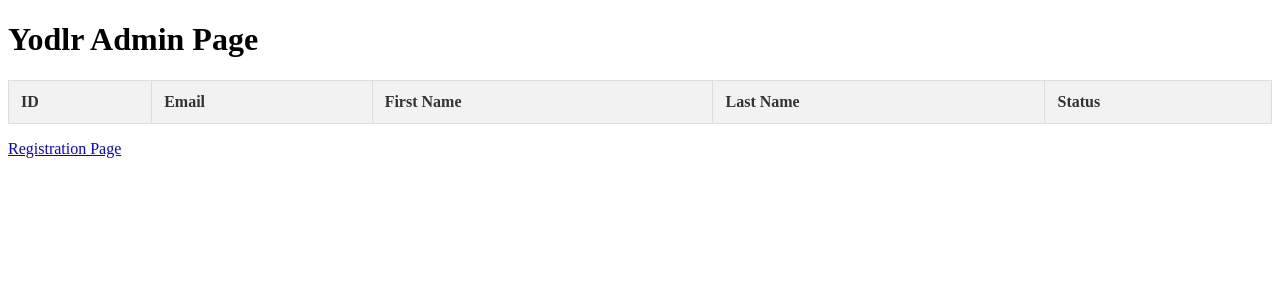
Repository: rmdayberry/yodlr-take-home
Page: public/admin.html
These files come from the project's save history. The page is drawn as it stood at one moment and after the next save; the edit follows.
The browser window is 1280 px wide. The pictures show the whole page.
The page's requests for data from a server got no answer.

Above is the page before, as saved 2024-10-08 15:36:32.
Console error: TypeError: Cannot read properties of undefined (reading 'message')

### public/admin.html
<!DOCTYPE html>
<html>
  <head>
    <meta charset="utf-8" />
    <title>Yodlr Admin Page</title>
    <link rel="stylesheet" href="css/admin.css" />
    <script src="https://code.jquery.com/jquery-3.6.0.min.js"></script>
    <script>
      $(document).ready(function () {
        function loadUsers() {
          $.ajax({
            type: "GET",
            url: "http://localhost:3000/users",
            success: function (users) {
              var tableBody = $("#userTable tbody");
              tableBody.empty(); // clear the table before adding new rows

              users.forEach(function (user) {
                console.log(user);
                tableBody.append(
                  `<tr>
                      <td>${user.id}</td>
                      <td>${user.email}</td>
                      <td>${user.firstName}</td>
                      <td>${user.lastName}</td>
                      <td><button class="delete" data-id="${user.id}">Delete</button></td>
                      </tr>`
                );
              });
            },
            error: function (err) {
              alert("Error fetching users: " + err.responseJSON.message);
            },
          });
        }

        loadUsers(); //loads users on page load

        //Handle delete button click
        $("#userTable").on("click", ".delete", function () {
          var userId = $(this).data("id");
          $.ajax({
            type: "DELETE",
            url: `http://localhost:3000/users/${userId}`,
            success: function () {
              alert("User was deleted");
              loadUsers(); // reloads users after deletion was made
            },
            error: function (err) {
              alert("Error deleting user: " + err.responseJSON.message);
            },
          });
        });
      });
    </script>
  </head>
  <body>
    <h1>Yodlr Admin Page</h1>
    <table id="userTable">
      <thead>
        <tr>
          <th>ID</th>
          <th>Email</th>
          <th>First Name</th>
          <th>Last Name</th>
          <th>Status</th>
        </tr>
      </thead>
      <tbody></tbody>
    </table>
    <p>
      <a href="signup.html">Registration Page</a>
    </p>
  </body>
</html>

### public/css/admin.css
table {
  width: 100%;
  border-collapse: collapse;
  margin-top: 20px;
}
table,
th,
td {
  border: 1px solid #ddd;
}
th,
td {
  padding: 12px;
  text-align: left;
}
th {
  background-color: #f2f2f2;
  color: #333;
}

tr:nth-child(even) {
  background-color: #f9f9f9;
}
tr:hover {
  background-color: #f1f1f1;
}

After the next save:
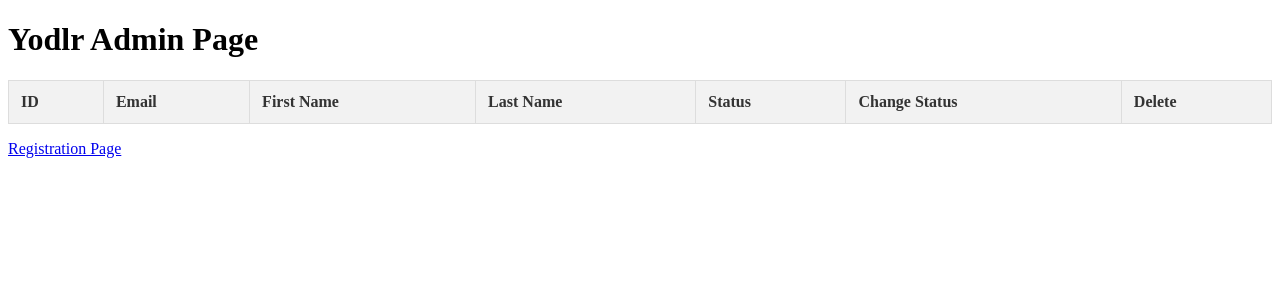
Saved 4 h 19 min later.
--- a/public/admin.html
+++ b/public/admin.html
@@ -16,13 +16,15 @@
               tableBody.empty(); // clear the table before adding new rows
 
               users.forEach(function (user) {
-                console.log(user);
                 tableBody.append(
                   `<tr>
                       <td>${user.id}</td>
                       <td>${user.email}</td>
                       <td>${user.firstName}</td>
                       <td>${user.lastName}</td>
+                      <td>${user.status}</td>
+                      <td>
+                          <button class="change-status" data-id="${userId}" data
                       <td><button class="delete" data-id="${user.id}">Delete</button></td>
                       </tr>`
                 );
@@ -35,6 +37,27 @@
         }
 
         loadUsers(); //loads users on page load
+
+        //Handle status change
+        $("#userTable").on("click", ".change-status", function () {
+          var userId = $(this).data("id");
+          var currentStatus = $(this).data("status");
+          var newStatus = currentStatus === "active" ? "pending" : "active";
+
+          $.ajax({
+            type: "PUT",
+            url: `http://localhost:3000/users/${userId}`,
+            data: JSON.stringify({ status: newStatus }),
+            contentType: "application/json",
+            success: function () {
+              alert("User status was updated to " + newStatus);
+              loadUsers();
+            },
+            error: function (err) {
+              alert("Error updating user status: " + err.responseJSON.message);
+            },
+          });
+        });
 
         //Handle delete button click
         $("#userTable").on("click", ".delete", function () {
@@ -64,6 +87,8 @@
           <th>First Name</th>
           <th>Last Name</th>
           <th>Status</th>
+          <th>Change Status</th>
+          <th>Delete</th>
         </tr>
       </thead>
       <tbody></tbody>
